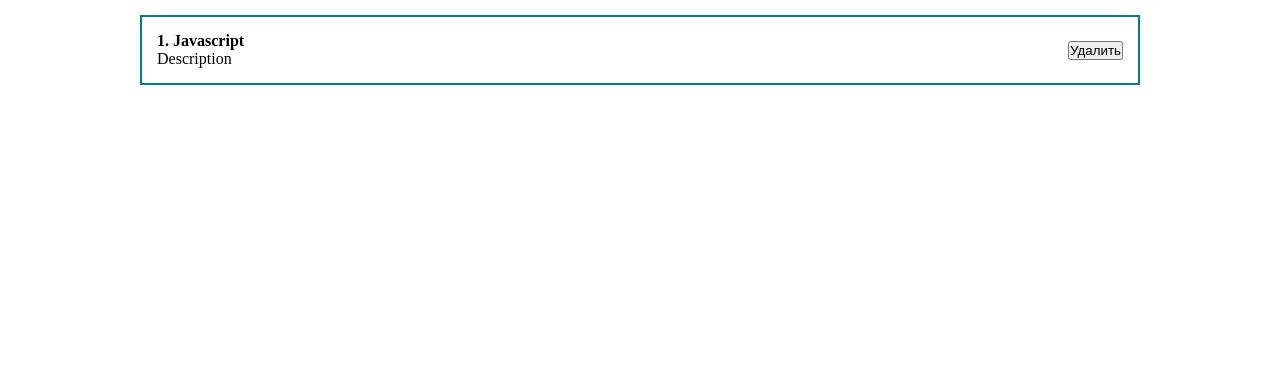
Repository: otvertka/ulb
Page: /
The author's editor kept a copy of each file at every save. The page is drawn from the files as they stood at one save, then again after the next save.
The browser window is 1280 px wide. The pictures show the whole page.
The project was rebuilt for these pictures with package versions that can differ from the ones it lists, and the page was loaded fresh each time. Also part of the build but not shown: src/components/Counter.jsx, src/components/ClassCounter.jsx.

Above is the page before, as saved 2023-06-10 12:12:54.

After the next save:
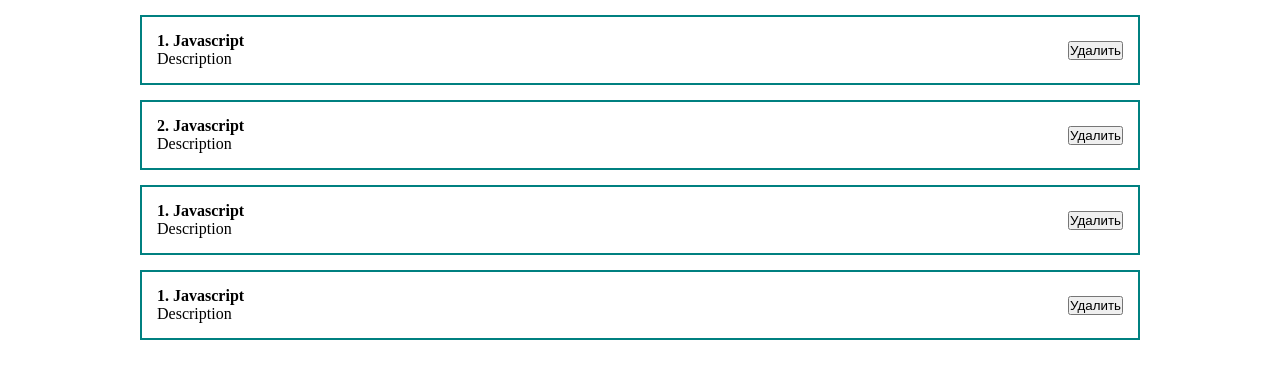
Saved 34 s later.
--- a/src/App.js
+++ b/src/App.js
@@ -11,6 +11,9 @@ function App() {
   return (
     <div className="App">
       <PostItem post={{ id: 1, title: "Javascript", body: "Description" }} />
+      <PostItem post={{ id: 2, title: "Javascript", body: "Description" }} />
+      <PostItem post={{ id: 1, title: "Javascript", body: "Description" }} />
+      <PostItem post={{ id: 1, title: "Javascript", body: "Description" }} />
     </div>
   );
 }
